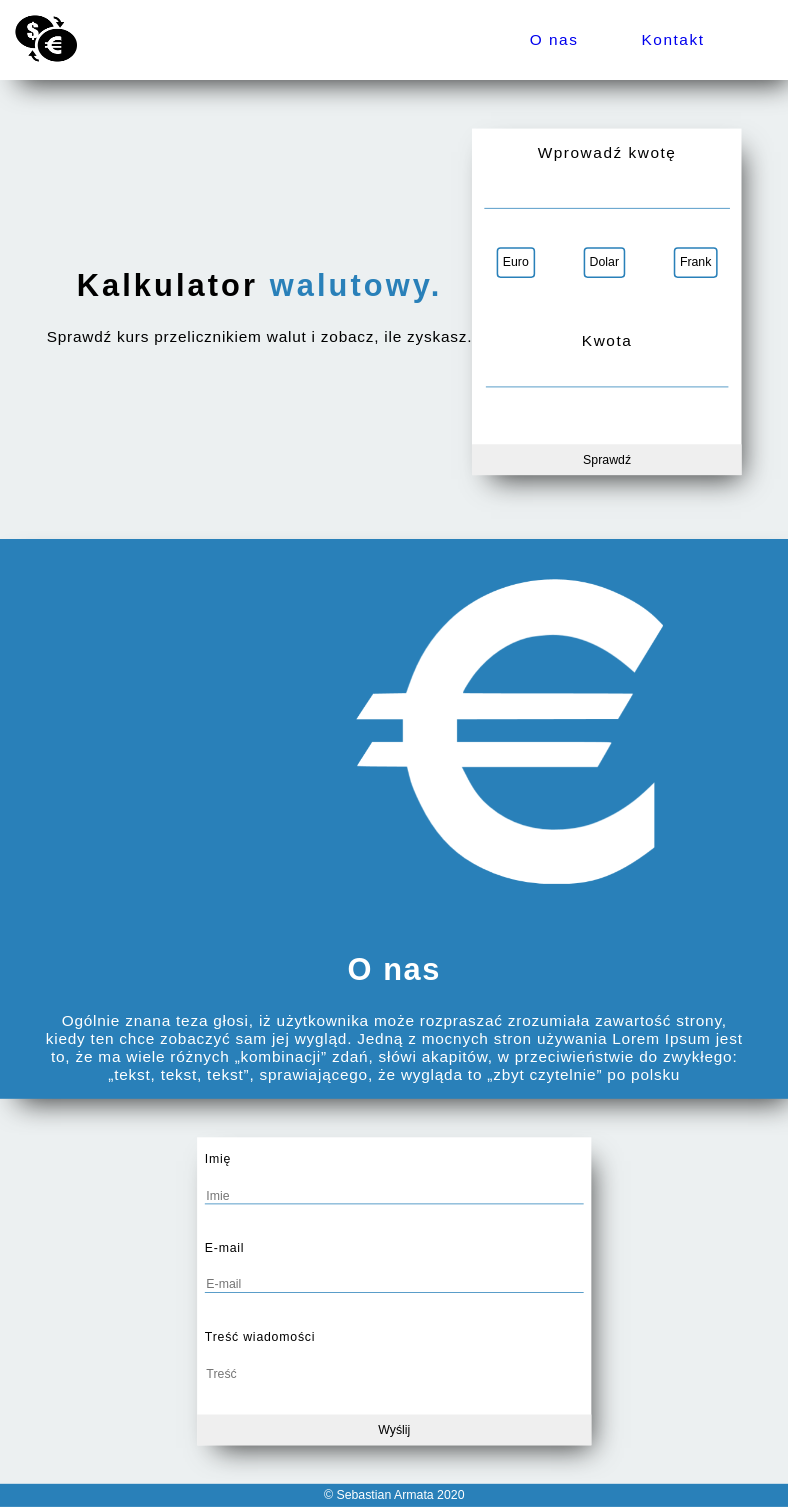
Repository: SebastianArmata22/Kalkulator-walut
Page: index.html
An editor plug-in stored every save of this project. The page is shown before and after the next save, followed by the edit.
The browser window is 1024 px wide. The pictures show the whole page, at 77% of full size.

Above is the page before, as saved 2020-10-28 15:57:16.

### index.html
<!DOCTYPE html>

<html>
    <head>
        <meta charset="utf-8">
        <meta http-equiv="X-UA-Compatible" content="IE=edge">
        <title>Kalkulator walut</title>
        <meta name="description" content="">
        <meta name="viewport" content="width=device-width, initial-scale=1">
        <link rel="stylesheet" href="style.css">
    </head>
    <body>

    <div class="container">
        <nav>
        <div class="menu-container">
            <div class="logo">
                <a href="#"><img src="./photos/logo.png"></a>
            </div>
            <div class="menu">
                <ul>
                    <li><a href="#about-us">O nas</a></li>
                    <li><a href="#contact">Kontakt</a></li>
                </ul>
            </div>
        </div>
        </nav>
        <section>
        <div class="main-content">
            <div class="calculator-content">
            <div class="text">
                <h1>Kalkulator <span>walutowy.</span></h1>
                <p>Sprawdź kurs przelicznikiem walut i zobacz, ile zyskasz.</p>
            </div>
            <div class="calculator ">
                <label for="inputNumber" class="text-label">Wprowadź kwotę</label><br>
                <input type="text" id="inputNumber">
                    <div class="inp-div">
                        <button id="euro" onclick="checkCurrency(this)">Euro</button>
                        <button id="dolar" onclick="checkCurrency(this)">Dolar</button>
                        <button id="frank" onclick="checkCurrency(this)">Frank</button>
                    </div>
                <label for="outputNumber" class="text-label"> Kwota</label><br>
                <div id="outputNumber"></div>
                <button id="check" onclick="getData()">Sprawdź</button>
            </div>
        </div>
        <div class="about-us" id="about-us">
            <div class="photo-euro">
                <img src="./photos/euro-512.png">
            </div>
            <div class="abous-us-contact">
                <h1>O  nas</h1>
                <p>Ogólnie  znana  teza  głosi,  iż  użytkownika  może  rozpraszać  zrozumiała
                    zawartość  strony, kiedy ten chce zobaczyć sam jej wygląd.
                    Jedną z mocnych stron używania Lorem Ipsum jest to, że ma wiele różnych
                     „kombinacji” zdań, słówi akapitów, w przeciwieństwie do zwykłego: „tekst,
                        tekst,   tekst”,   sprawiającego,   że   wygląda   to   „zbyt   czytelnie”
                           po   polsku</p>
            </div>
        </div>
        </section>
        <div class="contact" id="contact">
            <div class="contact-form-container">
            <form class="contact-form" action="https://formspree.io/f/xqkgbkbb" method="POST">
                <label for="">Imię</label><br />
                <input class="name" type="text" placeholder="Imie" name="name"><br />
                <label for="">E-mail</label><br />
                <input class="email" type="email" placeholder="E-mail" name="_replyto"><br />
                <label for="">Treść wiadomości</label><br />
                <textarea class="text-area" name="message" placeholder="Treść"></textarea>
                <button class="">Wyślij</button>

            </form>
        </div>
            <div class="contact-img">
                <img src="./photos/email.png">
            </div>
        </div>
    </div>
    <footer>
        <div class="footer">
            <p>© Sebastian Armata 2020</p>
        </div>
    </footer>
    </div>
        <script src="script.js" ></script>
    </body>
</html>

### style.css
* {
    font-family: 'Robot', sans-serif !important;
}

h1 {
    font-weight: 800;
    font-size: 40px !important;
}

body{
    margin: 0;
    padding: 0;
    box-sizing: border-box;
}
.container{
width: 100%;
}
.menu-container{
    position: relative;
    display: flex;
    align-items: center;
    box-shadow: 12px 18px 35px -13px rgba(0,0,0,0.75);
}
.logo img{
    position: relative;
    top: 0;
    left: 0;
    height: 60px;
    width: 80px;
    padding: 20px;
}
.menu{

    position: absolute;
    right: 0;
   margin-right: 50px;
}
.menu ul li{
    display: inline-flex;
    justify-content: space-around;
}
.menu ul li a{
    display: flex;
    text-decoration: none;
    height: 50px;
    width: 100px;
    justify-content: center;
    align-items: center;
    font-size: 20px;
    letter-spacing: 2px;
    margin-right: 50px;
}

.menu ul li a:hover{
    border-bottom: 5px solid #2980b9;
    margin-bottom: -5px;
    transition: all 0.3s ease-out;

}
.main-content{
    display: flex;
    align-items: center;
    justify-content: center;
    flex-wrap: wrap;
    background-color:#ecf0f1 ;
}
.calculator-content{
    width: 80%;
    min-height: 80vh;
    display: flex;
    align-items: center;
    justify-content:space-between;
    flex-wrap: wrap;
}
.calculator{
    display: flex;
    flex-direction: column;
    box-shadow: 12px 18px 35px -13px rgba(0,0,0,0.75);
    height: 450px;
    width: 350px;
    text-align: center;
    background-color: white;
}
.text h1{
    font-size: 50px;
    letter-spacing: 4px;
}
.text p{
    font-size: 20px;
    letter-spacing: 1px;

}
#outputNumber{
    width: 90%;
    height: 30px;
    border-bottom: 1px solid #2980b9;
    margin: auto;
    margin-top: 0;

}
.calculator button{
    height: 40px;
    border-style: none;
    font-size: 16px;
}
.calculator button:hover{
    background-color: #2980b9;
    color: white;
    transition: all 0.3s ease-out;
    cursor: pointer ;
}
.inp-div button{
    border: 2px solid #2980b9;
    background-color: white;
    border-radius: 5px;
}
.calculator input[type=text]{
    border-style: none;
    height: 40px;
    border-bottom: 1px solid #2980b9;
    width: 90%;
    margin: auto;
    margin-top: 0px;
    margin-bottom: 50px;
}
.text-label{
    margin-top: 20px;
    font-size: 20px;
    letter-spacing: 2px;
}

.inp-div{
    display: flex;
    flex-direction: row;
    align-items: center;
    justify-content: space-around;

}

.inp-div button{
margin-bottom: 50px;
}
.text span{
    color: #2980b9;
}
.about-us{
    display: flex;
    justify-content: space-around;
    align-items: center;
    margin-top: 20px;
    text-align: center;
    background-color: #2980b9;
    box-shadow: 12px 18px 35px -13px rgba(0,0,0,0.75);
    flex-wrap: wrap;
}
.about-us img{
    height: 400px;
}
.abous-us-contact{
    width: 40%;
}
.abous-us-contact h1{
    letter-spacing: 2px;
    font-size: 40px;
    color: white;
}
.abous-us-contact p{
    font-size: 20px;
    letter-spacing: 1px;
    color: white;

}
.photo-euro{
    padding: 50px;
}
.contact{
    display: flex;
    align-items: center;
    padding: 50px 0 50px 0;
    background-color:#ecf0f1 ;
    flex-wrap: wrap;

}
.contact-form{
    display: flex;
    flex-direction: column;
    box-shadow: 12px 18px 35px -13px rgba(0,0,0,0.75);
    width: 50%;
    height: 400px;
    position: relative;
    text-align: left;
    letter-spacing: 1px;
    background-color: white;

}
.contact-form input {
    margin: 10px;
    border-style: none;
    border-bottom: 1px solid #2980b9;
    font-size: 16px;

}
.contact-form textarea
{
    margin: 10px;
    height: 100px;
    border-style: none;
    border-bottom: 1px solid #2980b9;
    font-size: 16px;
}
.contact-form label {
    margin: 20px 0 0 10px;
}
.contact-form button{
position: absolute;
bottom: 0;
width: 100%;
height: 40px;
border-style: none;
font-size: 16px;
}
.contact-form button:hover{
    background-color: #2980b9;
    color: white;
    transition: all 0.3s ease-out;
    cursor: pointer ;
}

.contact-form-container{
    width: 70%;
    display: flex;
    align-items: center;
    justify-content: center;
}
.contact-img img{
max-width: 300px;

}
.footer{
    display: flex;
    align-items: center;
    justify-content: center;
    background-color: #2980b9;
    color: white;
    height: 30px;
}

.btn{
     color: white;
     background-color: #2980b9 !important;
}
@media only screen and (max-width: 1150px){
.calculator-content{
    width: 100%;
    align-items: center;
    justify-content: center;
}
.text{
    text-align: center;

}
.text h1{
   font-size: 30px;
}
.about-us{
    flex-direction: column;
}
.abous-us-contact{
    width: 90%;
}
.contact-img{

 display: none;
}
.photo-euro{
    width: 100px;
}
.contact-form-container{
    width: 100%;
    flex-direction: column-reverse;
}
}

### script.js
const inputCash= document.getElementById('inputNumber');
const euroBtn=document.getElementById('euro');
const dolarBtn=document.getElementById('dolar');
const frankBtn=document.getElementById('frank');
const outputCash=document.getElementById('outputNumber');

let choice;
const euro=4.62;
const dolar=3.93;
const frank=4.31;

function checkCurrency(element){
element.classList.add("btn");
if(element.id=='euro'){
    dolarBtn.classList.remove("btn");
    frankBtn.classList.remove("btn");
}else if(element.id=='dolar'){
    euroBtn.classList.remove("btn");
    frankBtn.classList.remove("btn");
}else if(element.id=='frank'){
    dolarBtn.classList.remove("btn");
    euroBtn.classList.remove("btn");
}
choice=element.id;
}

function getData(){
    if(choice=='euro')
    {
        outputCash.innerHTML=inputCash.value*euro;
    }else if(choice=='dolar')
    {
        outputCash.innerHTML=inputCash.value*dolar;
    }else if(choice=='frank')
    {
        outputCash.innerHTML=inputCash.value*frank;
    }

}

After the next save:
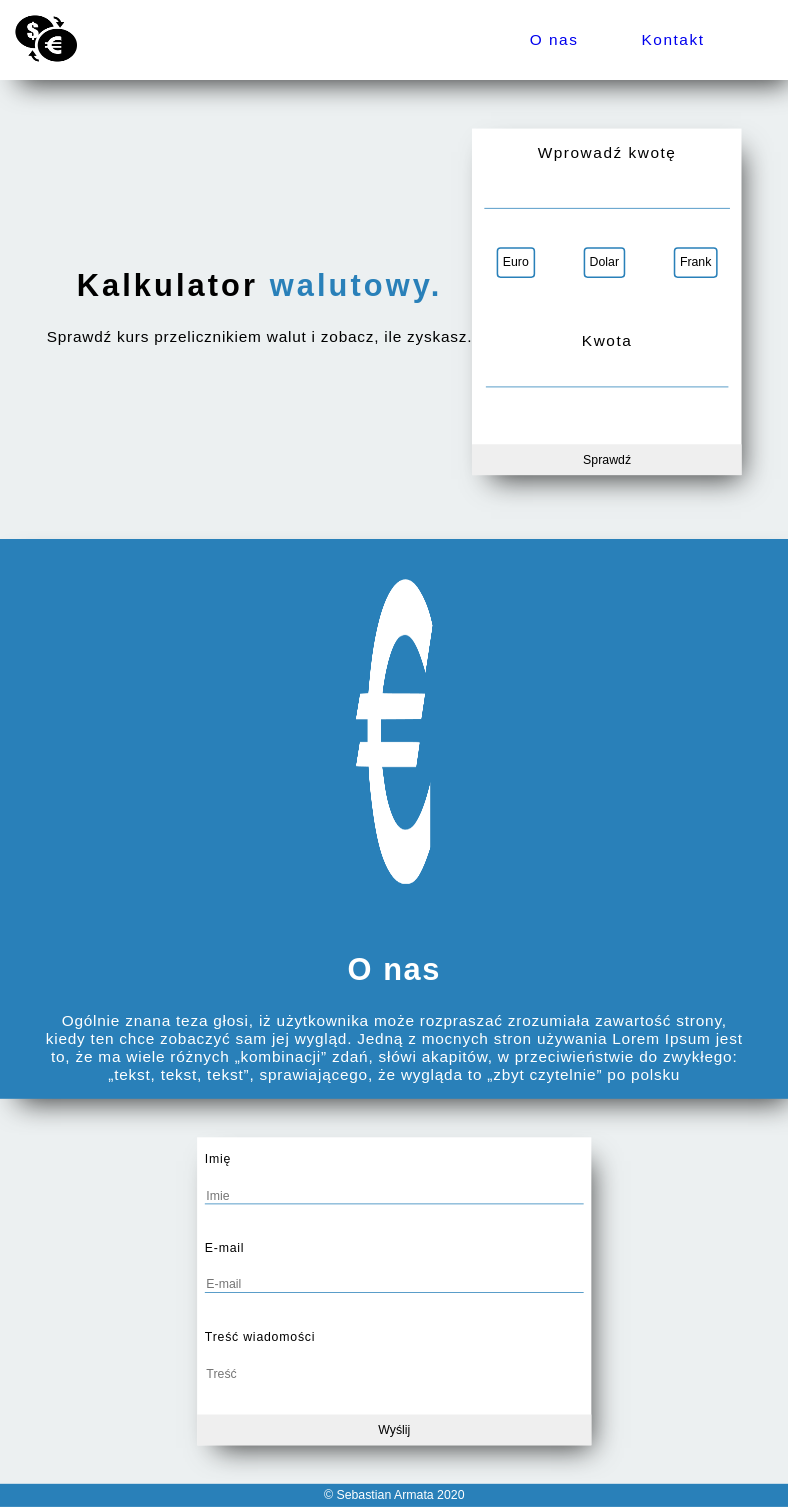
Saved 12 s later.
--- a/style.css
+++ b/style.css
@@ -272,7 +272,7 @@ max-width: 300px;
 
  display: none;
 }
-.photo-euro{
+.photo-euro img{
     width: 100px;
 }
 .contact-form-container{
